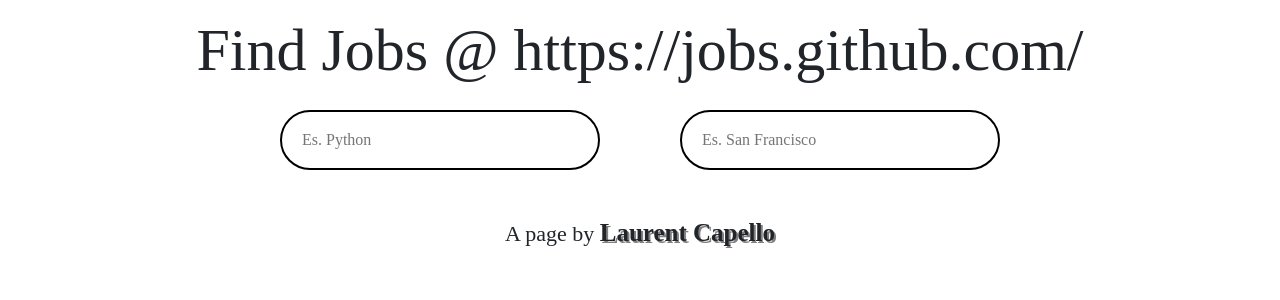
Repository: sokafootball/job-finder
Page: /
The author's editor kept a copy of each file at every save. The page is drawn from the files as they stood at one save, then again after the next save.
The browser window is 1280 px wide. The pictures show the whole page.
The page's requests for data from a server got no answer. The project was rebuilt for these pictures with package versions that can differ from the ones it lists, and the page was loaded fresh each time. No one was signed in, and anything a server would have sent is missing. Also part of the build but not shown: src/components/JobCard/JobCard.css, src/components/JobCard/JobCard.js.

Above is the page before, as saved 2020-10-22 17:20:25.

### src/index.js
import 'bootstrap/dist/css/bootstrap.css';
import React from 'react';
import ReactDOM from 'react-dom';
import './index.css';
import App from './components/App/App';
import * as serviceWorker from './serviceWorker';

ReactDOM.render(
  <React.StrictMode>
    <App />
  </React.StrictMode>,
  document.getElementById('root')
);

// If you want your app to work offline and load faster, you can change
// unregister() to register() below. Note this comes with some pitfalls.
// Learn more about service workers: https://bit.ly/CRA-PWA
serviceWorker.unregister();

### src/index.css
body {
  margin: 0;
  font-family: -apple-system, BlinkMacSystemFont, 'Segoe UI', 'Roboto', 'Oxygen',
    'Ubuntu', 'Cantarell', 'Fira Sans', 'Droid Sans', 'Helvetica Neue',
    sans-serif;
  -webkit-font-smoothing: antialiased;
  -moz-osx-font-smoothing: grayscale;
}

code {
  font-family: source-code-pro, Menlo, Monaco, Consolas, 'Courier New',
    monospace;
}

/* http://meyerweb.com/eric/tools/css/reset/
   v2.0 | 20110126
   License: none (public domain)
*/

html, body, div, span, applet, object, iframe,
h1, h2, h3, h4, h5, h6, p, blockquote, pre,
a, abbr, acronym, address, big, cite, code,
del, dfn, em, img, ins, kbd, q, s, samp,
small, strike, strong, sub, sup, tt, var,
b, u, i, center,
dl, dt, dd, ol, ul, li,
fieldset, form, label, legend,
table, caption, tbody, tfoot, thead, tr, th, td,
article, aside, canvas, details, embed,
figure, figcaption, footer, header, hgroup,
menu, nav, output, ruby, section, summary,
time, mark, audio, video {
	margin: 0;
	padding: 0;
	border: 0;
	font-size: 100%;
	font: inherit;
	vertical-align: baseline;
}
/* HTML5 display-role reset for older browsers */
article, aside, details, figcaption, figure,
footer, header, hgroup, menu, nav, section {
	display: block;
}
body {
	line-height: 1;
}
ol, ul {
	list-style: none;
}
blockquote, q {
	quotes: none;
}
blockquote:before, blockquote:after,
q:before, q:after {
	content: '';
	content: none;
}
table {
	border-collapse: collapse;
	border-spacing: 0;
}

### src/components/App/App.js
import React from 'react';
import './App.css';
import Footer from "../Footer/Footer"
import Header from "../Header/Header"
import MainContent from "../MainContent/MainContent"

function App() {
  return (
    <div id="main-div"style={{display:"flex", flexDirection:"column", alignItems:"center"}}>
      <Header />
      <MainContent />
      <Footer />
    </div>
  );
}

export default App;

### src/components/App/App.css
body{
  background-image: "../../../assets/background-";
}

.App {
  text-align: center;
}

.App-logo {
  height: 40vmin;
  pointer-events: none;
}

@media (prefers-reduced-motion: no-preference) {
  .App-logo {
    animation: App-logo-spin infinite 20s linear;
  }
}

.App-header {
  background-color: #282c34;
  min-height: 100vh;
  display: flex;
  flex-direction: column;
  align-items: center;
  justify-content: center;
  font-size: calc(10px + 2vmin);
  color: white;
}

.App-link {
  color: #61dafb;
}

@keyframes App-logo-spin {
  from {
    transform: rotate(0deg);
  }
  to {
    transform: rotate(360deg);
  }
}

#main-div{
  align-items: center;
  display: flex;
  flex-direction: column;
  margin-top: 20px;
}

### src/components/Footer/Footer.js
import React from 'react';
import './Footer.css';

function Footer(){
  return (
    <p id="footer">A page by <span id="signature">Laurent Capello</span></p>
  )
}

export default Footer

### src/components/Header/Header.js
import React from 'react';
import './Header.css';

function Header(){
  return (
      <p id="title">Find Jobs @ https://jobs.github.com/</p>
  )
}

export default Header

### src/components/MainContent/MainContent.js
import React, {useState, useEffect, useCallback} from 'react';
import _ from 'lodash';
import './MainContent.css';
import SearchForm from "../SearchForm/SearchForm"
import JobCard from "../JobCard/JobCard"

function MainContent(){
  const[jobCards, setJobCards] = useState([])
  const[data, setData] = useState([])
  const[userInput, setUserInput] = useState({
    description: "",
    location: "",
    fullTime: true
  })

  const handleFormChange = e => {
    const {name, value, type, checked} = e.target
    type === "checkbox"
      ? setUserInput({...userInput, [name]: checked})
      : setUserInput({...userInput,[name]: value})
  }

  const buildUrl = () => {
    let url = "https://jobs.github.com/positions.json?"
    url += userInput.description ? `&description=${userInput.description}` : ""
    url += userInput.location ? `&location=${userInput.location}` : ""
    url += userInput.fullTime ? `&full_time=${userInput.fullTime}` : ""
    return url
    }

  const getData = url => {
    fetch(url)
    .then(response => response.json())
    .then(data => setData(data))
  }

  const debouncedGetData = useCallback(_.debounce(getData, 1500,{leading: true}),[])

  useEffect(() => {
    const url = buildUrl()
    debouncedGetData(url)
  // eslint-disable-next-line react-hooks/exhaustive-deps
  }, [userInput])

  useEffect(() => {
    let cards = []
    if(data.length !== 0) {
      cards = data.map(job => {
        return <JobCard
          key={job.id}
          date={job.created_at}
          logo={job.company_logo}
          company={job.company}
          location={job.location}
          type={job.type}
          title={job.title}
          url={job.url}
          description={job.description}
        />
     })
    }
    setJobCards(cards)
  // eslint-disable-next-line react-hooks/exhaustive-deps
  }, [data])

    return (
      <div id="main">
        <SearchForm
          handleFormChange={handleFormChange}
          userInput={userInput}
        />
        {jobCards}
      </div>
    )
}

export default MainContent

### src/components/Footer/Footer.css
#footer{
  font-size: 22px;
  margin: 20px 0px 30px 0px;
}

#signature{
  text-shadow: grey 2px 2px;
  font-size: 25px;
  font-weight: 800;
}

### src/components/Header/Header.css
#title{
  font-size: 60px;
}

### src/components/MainContent/MainContent.css
#main{
  align-items: center;
  display: flex;
  flex-direction: column;
  justify-content: space-between;
}

### src/components/SearchForm/SearchForm.js
import React from 'react';
import './SearchForm.css';

function SearchForm(props){
  return (
    <div id="form-container">
        <input
          className="input-text"
          name="description"
          type="text"
          onChange={e => props.handleFormChange(e)}
          placeholder="Es. Python"
          value={props.userInput.description}
        />
        <input
          className="input-text"
          name="location"
          type="text"
          onChange={e => props.handleFormChange(e)}
          placeholder="Es. San Francisco"
          value={props.userInput.location}
        />
    </div>
  )
}

export default SearchForm

### src/components/SearchForm/SearchForm.css
input{
  cursor: pointer;
}

.input-text {
  border: 2px solid black;
  border-radius: 30px;
  height: 60px;
  outline: none;
  padding: 0px 20px;
  width: 40%;
}

#form-container{
  display: flex;
  justify-content: space-around;
  margin: 30px;
  width: 800px;
}

Loaded but not shown: public/index.html (common file); src/serviceWorker.js (common file)

After the next save:
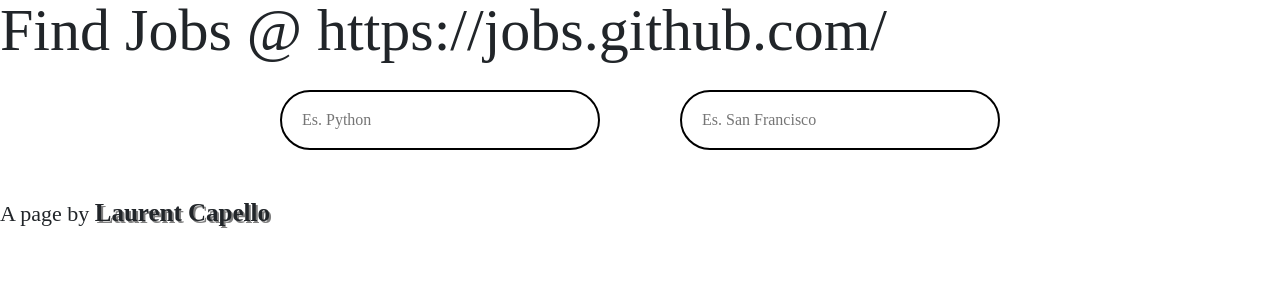
Saved 17 s later.
--- a/src/components/App/App.js
+++ b/src/components/App/App.js
@@ -6,7 +6,7 @@
 
 function App() {
   return (
-    <div id="main-div"style={{display:"flex", flexDirection:"column", alignItems:"center"}}>
+    <div>
       <Header />
       <MainContent />
       <Footer />

After the save that followed:
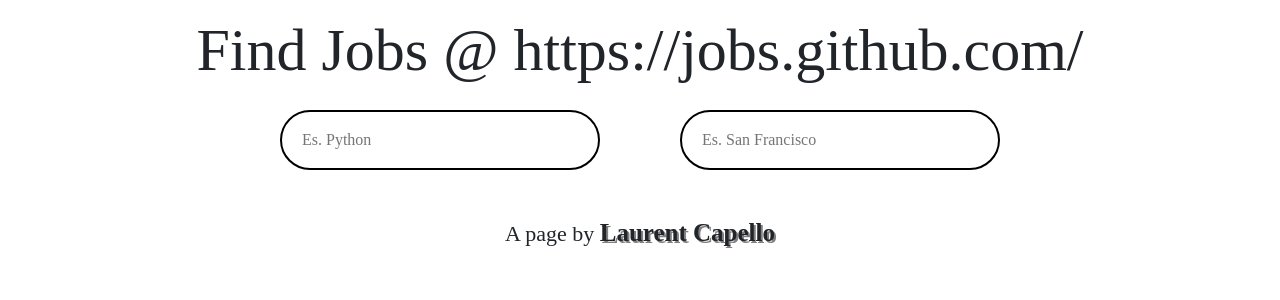
Saved 28 s later.
--- a/src/components/App/App.js
+++ b/src/components/App/App.js
@@ -6,7 +6,7 @@
 
 function App() {
   return (
-    <div>
+    <div id="main-div"style={{display:"flex", flexDirection:"column", alignItems:"center"}}>
       <Header />
       <MainContent />
       <Footer />
